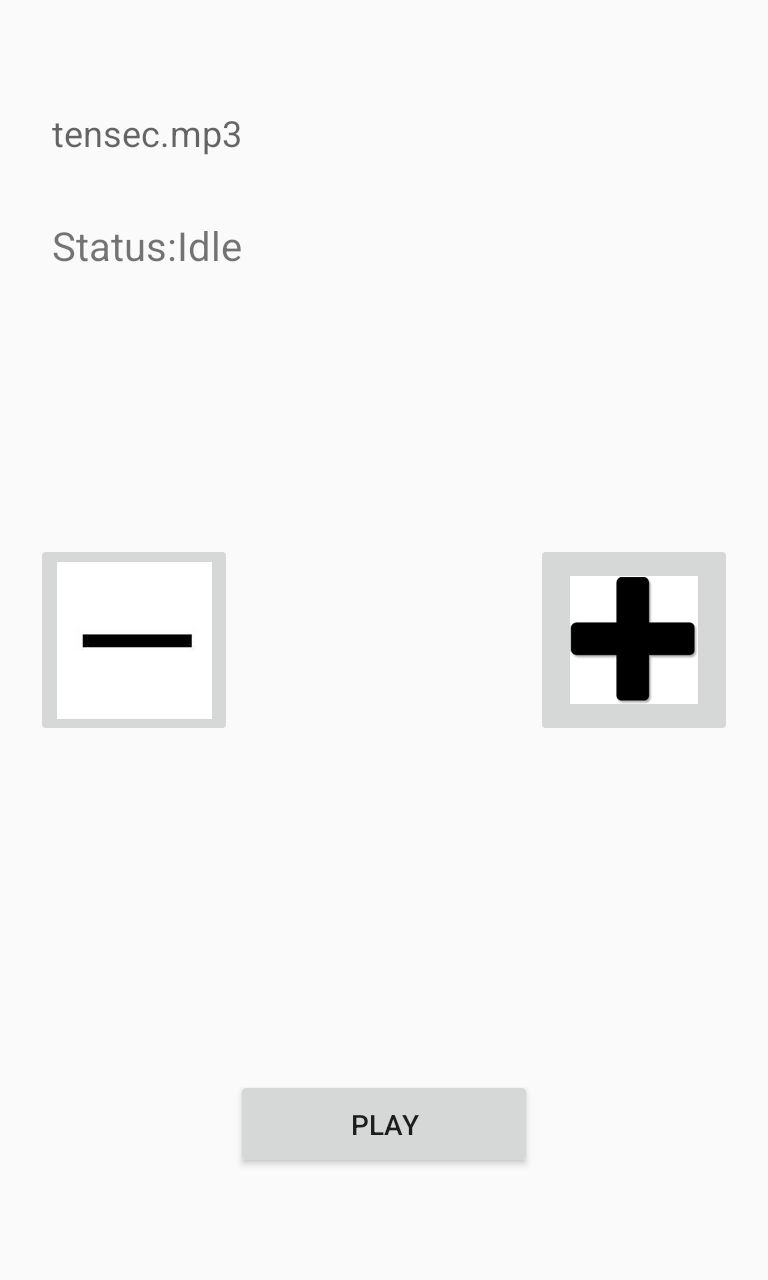
Repository: AlvaroCortez/Assigment2
Layout: AudioPlayer/res/layout/media_player_layout.xml
The author's editor kept a copy of each file at every save. The layout is drawn from the files as they stood at one save, then again after the next save.
It is drawn on a 768 x 1280 px phone screen (xhdpi) without system bars, with theme AppTheme; the app's code is not run.

Above is the layout before, as saved 2014-06-04 11:36:47.

After the next save:
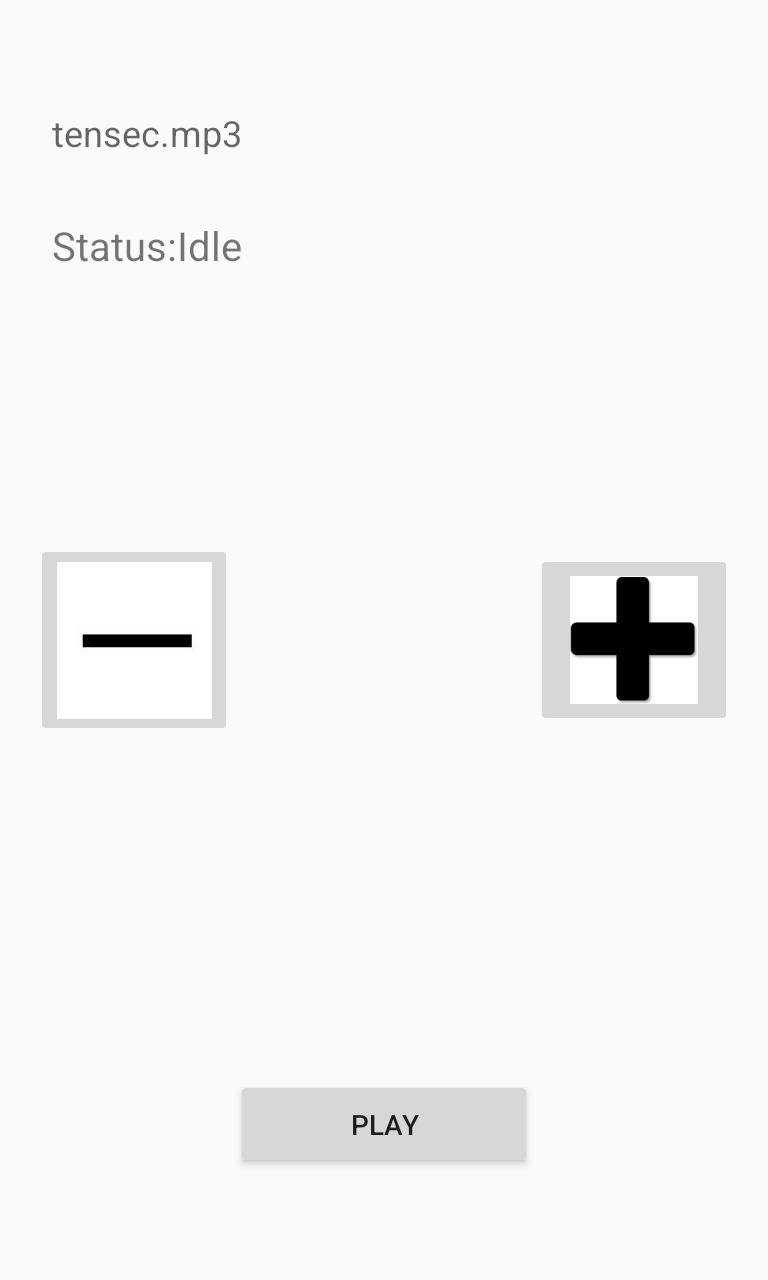
Saved 9 min 22 s later.
--- a/AudioPlayer/res/layout/media_player_layout.xml
+++ b/AudioPlayer/res/layout/media_player_layout.xml
@@ -38,7 +38,7 @@
     <ImageButton
         android:id="@+id/imageButton1"
         android:layout_width="100dp"
-        android:layout_height="100dp"
+        android:layout_height="90dp"
         android:layout_centerVertical="true"
         android:layout_toRightOf="@+id/audio_button"
         android:src="@drawable/plus" />
